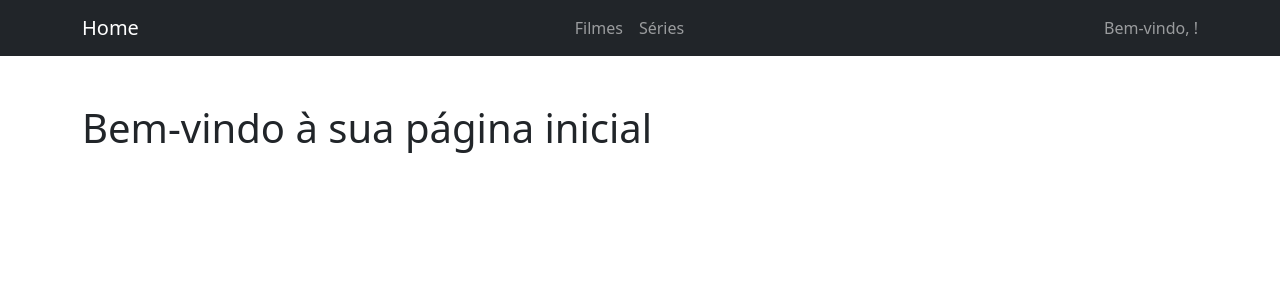
Repository: LeandroFariasMatos/Dev-web
Page: /Home (app in frontend/dev-web/)
An editor plug-in stored every save of this project. The page is shown before and after the next save, followed by the edit.
The browser window is 1280 px wide. The pictures show the whole page.
The project was rebuilt for these pictures with package versions that can differ from the ones it lists, and the page was loaded fresh each time. Also part of the build but not shown: frontend/dev-web/src/components/FilmeCard.css, frontend/dev-web/src/components/FilmeCard.tsx, frontend/dev-web/src/services/FilmesApi.tsx, frontend/dev-web/src/pages/Filmes.tsx, frontend/dev-web/src/services/SeriesApi.tsx, frontend/dev-web/src/components/SerieCard.css, frontend/dev-web/src/components/SerieCard.tsx, frontend/dev-web/src/pages/Series.tsx and 7 more.

Above is the page before, as saved 2024-07-07 16:13:55.

After the next save:
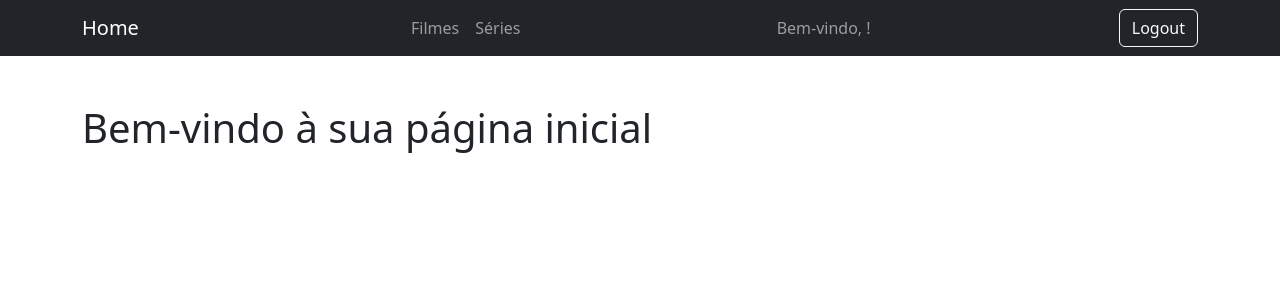
Saved 2 min 26 s later.
--- a/frontend/dev-web/src/pages/Home.tsx
+++ b/frontend/dev-web/src/pages/Home.tsx
@@ -1,10 +1,16 @@
 import React from 'react';
-import { Container, Navbar, Nav } from 'react-bootstrap';
+import { Container, Navbar, Nav, Button } from 'react-bootstrap';
+import { useNavigate } from 'react-router-dom';
 
 const Home: React.FC = () => {
-  // Recuperando nome do usuário do localStorage
+  const navigate = useNavigate();
   const user = JSON.parse(localStorage.getItem('user') || '{}');
   const userName = user.nome || '';
+
+  const handleLogout = () => {
+    localStorage.removeItem('user');
+    navigate('/Login');
+  };
 
   return (
     <>
@@ -15,9 +21,10 @@ const Home: React.FC = () => {
             <Nav.Link href="/Filmes">Filmes</Nav.Link>
             <Nav.Link href="/Series">Séries</Nav.Link>
           </Nav>
-          <Navbar.Text>
+          <Navbar.Text className="mr-3">
             Bem-vindo, {userName}!
           </Navbar.Text>
+          <Button variant="outline-light" onClick={handleLogout}>Logout</Button>
         </Container>
       </Navbar>
       <Container className="mt-5">
